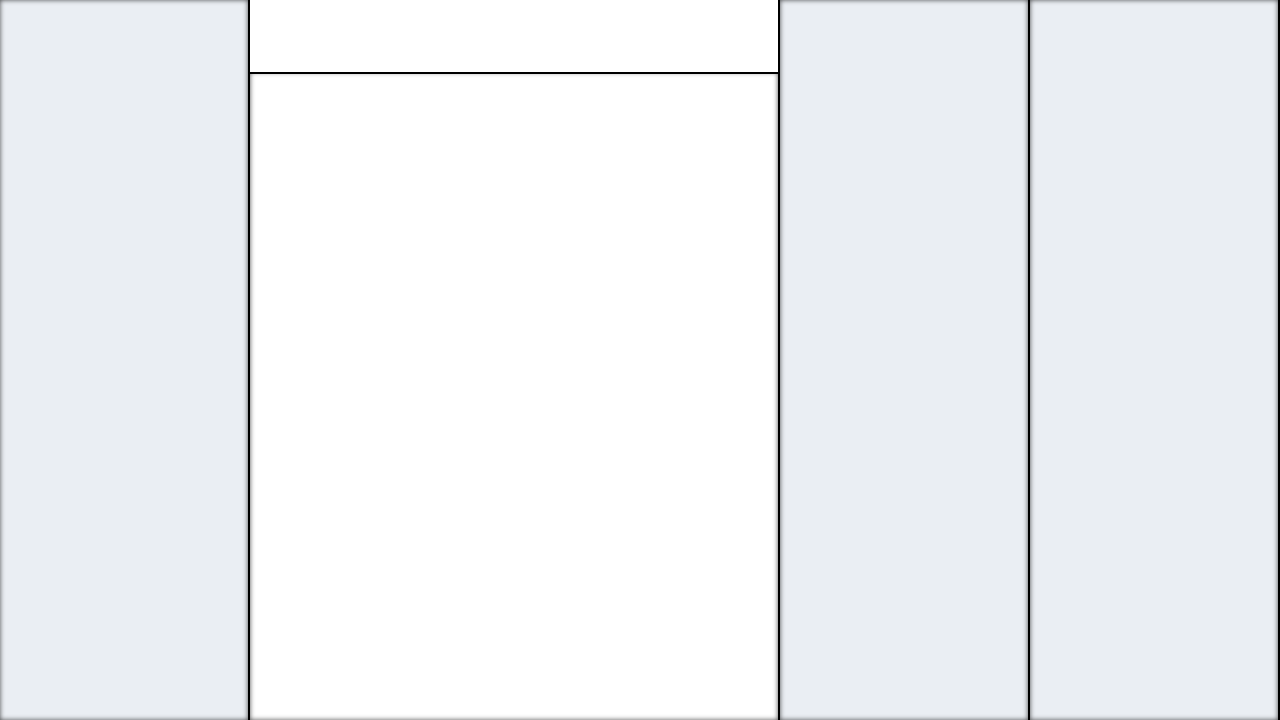
Repository: JJianZ/miao
Page: a.html
An editor plug-in stored every save of this project. The page is shown before and after the next save, followed by the edit.
The browser window is 1280 px wide. The pictures show the whole page.

Above is the page before, as saved 2021-11-23 10:40:20.

### a.html
<!DOCTYPE html>
<html lang="en">
<head>
  <meta charset="UTF-8">
  <meta http-equiv="X-UA-Compatible" content="IE=edge">
  <meta name="viewport" content="width=device-width, initial-scale=1.0">
  <title>Document</title>
  <style>
    html,body {
      margin: 0;
      padding: 0;
      height: 100%;
    }

    div {
      /* width: 100%; */
      height: 100%;
      position: relative;
      min-width: 300px;
      overflow: auto;
    }
    div > * {
      box-shadow:0px 0px 5px rgba(0,0,0,0.7) inset;
    }
    aside {
      position: absolute;
      width: 250px;
      height: 100%;
      background-color: #eaeef3;
      border-right: black 2px solid;
      box-sizing: border-box;
    }
    header {
      position: absolute;
      left: 250px;
      height: 72px;
      right: 500px;
      line-height: 720px;
      border-bottom: black 2px solid;
      border-right: black 2px solid;
      box-shadow: none;
    }
    main {
      position: absolute;
      top: 72px;
      left: 250px;
      right: 500px;
      bottom: 0;
      border-right: black 2px solid;

    }
    .second {
      right: 250px;
    }
    .third {
      right: 0px;
    }
  </style>
</head>
<body>
  <div>
    <aside class="first"></aside>
    <header></header>
    <main></main>
    <aside class="second"></aside>
    <aside class="third"></aside>
  </div>
</body>
</html>

After the next save:
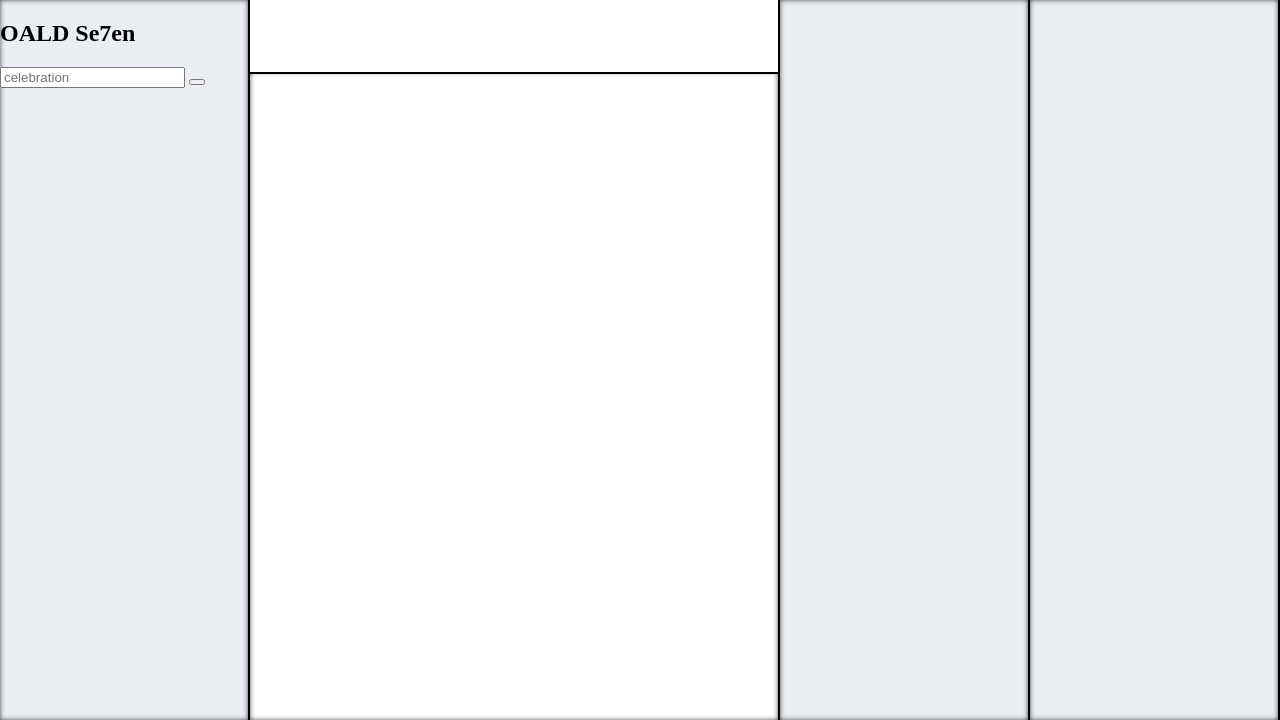
Saved 40 s later.
--- a/a.html
+++ b/a.html
@@ -59,7 +59,11 @@
 </head>
 <body>
   <div>
-    <aside class="first"></aside>
+    <aside class="first">
+      <h2>OALD Se7en</h2>
+      <input type="text" placeholder="celebration">
+      <button></button>
+    </aside>
     <header></header>
     <main></main>
     <aside class="second"></aside>
